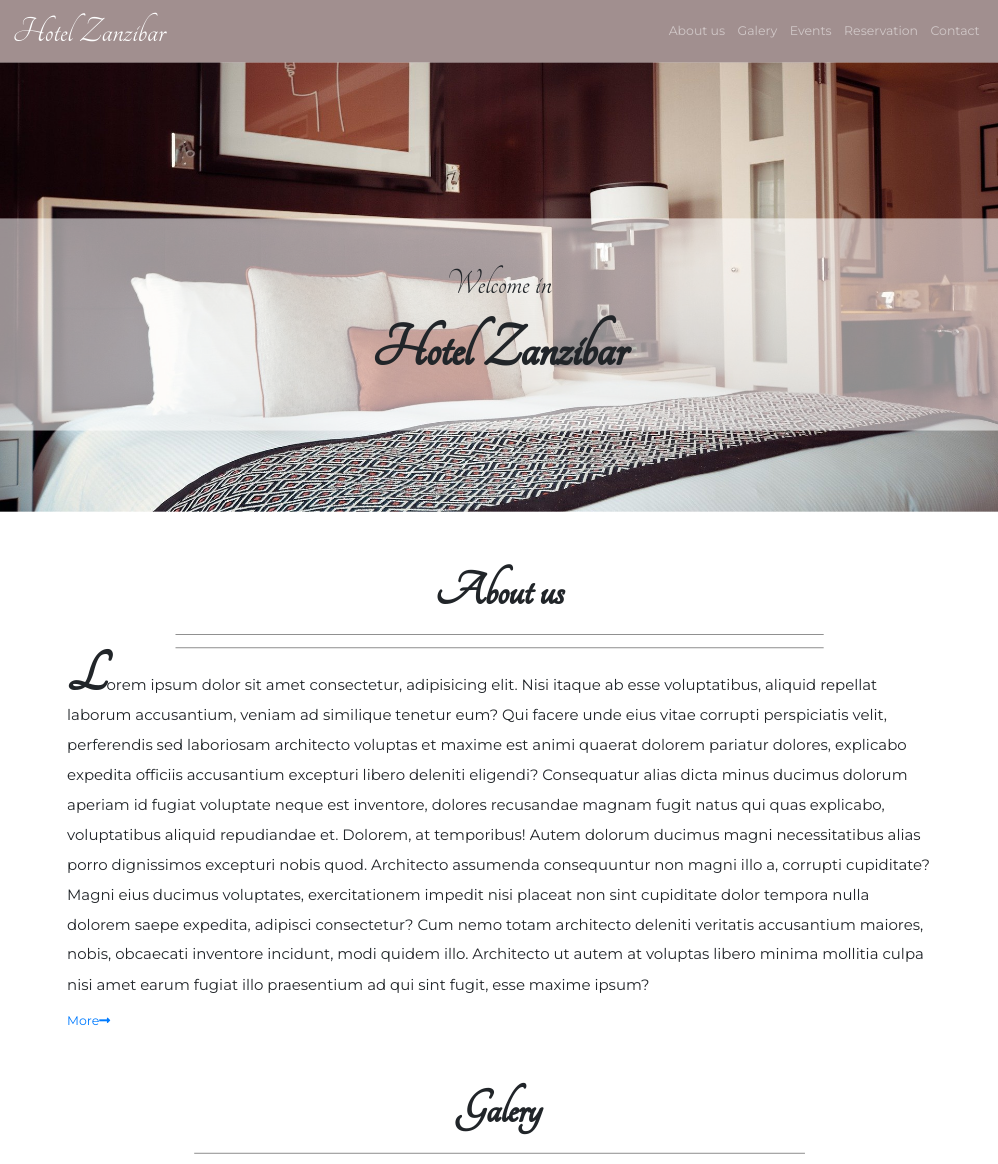
Repository: Ulaa93/Hotel-Zanzibar
Page: index.html
The author's editor kept a copy of each file at every save. The page is drawn from the files as they stood at one save, then again after the next save.
The browser window is 1280 px wide. The pictures show the part of the page from y = 0 to 1492 px (the page is 2924 px tall before and 2932 px after), at 78% of full size.
A picture or video elsewhere on the page could not be fetched, so the positions and the page height are approximate.

Above is the page before, as saved 2020-01-29 10:53:12.

### index.html
<!DOCTYPE html>
<html lang="en">
  <head>
    <meta charset="UTF-8" />
    <meta name="viewport" content="width=device-width, initial-scale=1.0" />
    <meta http-equiv="X-UA-Compatible" content="ie=edge" />
    <title>Hotel Zanzibar</title>
    <link rel="icon" href="./ikona.ico" />
    <link href="https://fonts.googleapis.com/css?family=Montserrat|Tangerine&display=swap" rel="stylesheet"/>
    <link href="./fontawesome-free-5.12.0-web/css/all.css" rel="stylesheet" />
    <link rel="stylesheet" href="https://stackpath.bootstrapcdn.com/bootstrap/4.4.1/css/bootstrap.min.css" integrity="sha384-Vkoo8x4CGsO3+Hhxv8T/Q5PaXtkKtu6ug5TOeNV6gBiFeWPGFN9MuhOf23Q9Ifjh" crossorigin="anonymous"/>
    <link rel="stylesheet" href="style.css"/>
    <script src="https://unpkg.com/scrollreveal"></script>
  </head>
  <body>
    <nav class="navbar sticky-top navbar-expand-lg navbar-dark">
      <a class="navbar-brand hotel-zanzibar" href="./index.html">Hotel Zanzibar</a>
      <button class="navbar-toggler" type="button" data-toggle="collapse" data-target="#navbarNavDropdown" aria-controls="navbarNavDropdown" aria-expanded="false" aria-label="Toggle navigation">
        <span class="navbar-toggler-icon"></span>
      </button>
      <div class="collapse navbar-collapse w-100 order-3 dual-collapse2" id="navbarNavDropdown">
        <ul class="navbar-nav ml-auto">
          <li class="nav-item ">
            <a class="nav-link" href="./about-us.html">About us </a>
          </li>
          <li class="nav-item">
            <a class="nav-link" href="./galery.html">Galery</a>
          </li>
          <li class="nav-item">
            <a class="nav-link" href="./events.html">Events</a>
          </li>
          <li class="nav-item">
            <a class="nav-link" href="./reservation.html">Reservation</a>
          </li>
          <li class="nav-item">
            <a class="nav-link" href="./contact.html">Contact</a>
          </li>
        </ul>
      </div>
    </nav>
    <section class="hotel-main">
      <div class="welcome">
        <span>Welcome in</span>
        <h1>Hotel Zanzibar</h1>
      </div>
    </section>
    <section class="hotel-about container p-3">
      <h2>About us</h2>
      <hr />
      <hr />
      <div></div>
      <p>
        Lorem ipsum dolor sit amet consectetur, adipisicing elit. Nisi itaque ab
        esse voluptatibus, aliquid repellat laborum accusantium, veniam ad
        similique tenetur eum? Qui facere unde eius vitae corrupti perspiciatis
        velit, perferendis sed laboriosam architecto voluptas et maxime est
        animi quaerat dolorem pariatur dolores, explicabo expedita officiis
        accusantium excepturi libero deleniti eligendi? Consequatur alias dicta
        minus ducimus dolorum aperiam id fugiat voluptate neque est inventore,
        dolores recusandae magnam fugit natus qui quas explicabo, voluptatibus
        aliquid repudiandae et. Dolorem, at temporibus! Autem dolorum ducimus
        magni necessitatibus alias porro dignissimos excepturi nobis quod.
        Architecto assumenda consequuntur non magni illo a, corrupti cupiditate?
        Magni eius ducimus voluptates, exercitationem impedit nisi placeat non
        sint cupiditate dolor tempora nulla dolorem saepe expedita, adipisci
        consectetur? Cum nemo totam architecto deleniti veritatis accusantium
        maiores, nobis, obcaecati inventore incidunt, modi quidem illo.
        Architecto ut autem at voluptas libero minima mollitia culpa nisi amet
        earum fugiat illo praesentium ad qui sint fugit, esse maxime ipsum?
      </p>
      <div class="more">
        <a href="./about-us.html">More<i class="fas fa-long-arrow-alt-right"></i> </a>
       </div>
    </section>
    <section class="galery container p-5">
      <h2>Galery</h2>
      <hr />
      <hr />
      <div id="carouselExampleCaptions" class="carousel slide" data-ride="carousel">
        <ol class="carousel-indicators">
          <li data-target="#carouselExampleCaptions" data-slide-to="0" class="active"></li>
          <li data-target="#carouselExampleCaptions" data-slide-to="1"></li>
          <li data-target="#carouselExampleCaptions" data-slide-to="2"></li>
          <li data-target="#carouselExampleCaptions" data-slide-to="3"></li>
          <li data-target="#carouselExampleCaptions" data-slide-to="4"></li>
          <li data-target="#carouselExampleCaptions" data-slide-to="5"></li>
        </ol>
        <div class="carousel-inner">
          <div class="carousel-item active">
            <img src="./img/rooms/hotelroom-2205447_1280.jpg" class="d-block w-100"/>
          </div>
          <div class="carousel-item">
            <img src="./img/rooms/bedroom-1285156_1280.jpg" class="d-block w-100"/>
          </div>
          <div class="carousel-item">
            <img src="./img/rooms/hotel-1330841_1280.jpg" class="d-block w-100"/>
          </div>
          <div class="carousel-item">
            <img src="./img/rooms/hotel-4416515_1920.jpg" class="d-block w-100"/>
          </div>
          <div class="carousel-item">
            <img src="./img/rooms/hotel-1749602_1280.jpg" class="d-block w-100"/>
          </div>
          <div class="carousel-item">
            <img src="./img/rooms/hotel-room-1447201_1920.jpg" class="d-block w-100"/>
          </div>
        </div>
        <a class="carousel-control-prev" href="#carouselExampleCaptions" role="button" data-slide="prev">
          <span class="carousel-control-prev-icon" aria-hidden="true"></span>
          <span class="sr-only">Previous</span>
        </a>
        <a class="carousel-control-next" href="#carouselExampleCaptions" role="button" data-slide="next">
          <span class="carousel-control-next-icon" aria-hidden="true"></span>
          <span class="sr-only">Next</span>
        </a>
      </div>
    </section>
    <section class="container p-3 contact">
      <h2>Contact</h2>
      <hr />
      <hr />
      <div class="row">
        <div class="col-sm-6">
          <div class="card">
            <div class="card-body">
              <div class="mapouter"><div class="gmap_canvas"><iframe width="500" height="300" id="gmap_canvas" src="https://maps.google.com/maps?q=Muzammil%20Centre%2C%20Malawi%20Rd%2C%20Zanzibar%2C%20Tanzania&t=&z=13&ie=UTF8&iwloc=&output=embed" frameborder="0" scrolling="no" marginheight="0" marginwidth="0"></iframe><a href="https://www.embedgooglemap.net">embedgooglemap.net</a></div><style>.mapouter{position:relative;text-align:right;height:300px;width:500px;}.gmap_canvas {overflow:hidden;background:none!important;height:300px;width:500px;}</style></div>           </div>
        </div>
        </div>
        <div class="col-sm-6 ">
          <div class="card ">
            <div class="card-body contact-info">
              <div class="card-body">
                <i class="fas fa-phone"></i>
                phone: <strong>012 345 678</strong>
              </div>
              <div class="card-body">
                <i class="fas fa-envelope"></i>
                mail: <strong>example@example.com</strong>
              </div>
              <div class="card-body">
                <i class="fas fa-map-marker-alt"></i>
                adress:<strong>Neyrere, Zanzibar</strong>
              </div>
            </div>
          </div>
        </div>
      </div>
    </section>
    <footer>
      <div>Copyright &copy; Urszula Kosior 2020</div>
    </footer>
    <script src="https://code.jquery.com/jquery-3.4.1.slim.min.js" integrity="sha384-J6qa4849blE2+poT4WnyKhv5vZF5SrPo0iEjwBvKU7imGFAV0wwj1yYfoRSJoZ+n" crossorigin="anonymous"></script>
    <script src="https://cdn.jsdelivr.net/npm/popper.js@1.16.0/dist/umd/popper.min.js" integrity="sha384-Q6E9RHvbIyZFJoft+2mJbHaEWldlvI9IOYy5n3zV9zzTtmI3UksdQRVvoxMfooAo" crossorigin="anonymous"></script>
    <script src="https://stackpath.bootstrapcdn.com/bootstrap/4.4.1/js/bootstrap.min.js" integrity="sha384-wfSDF2E50Y2D1uUdj0O3uMBJnjuUD4Ih7YwaYd1iqfktj0Uod8GCExl3Og8ifwB6" crossorigin="anonymous"></script>
    <script src="./script.js"></script>
  </body>
</html>

### style.css
* {
  padding: 0;
  margin: 0;
  font-family: 'Montserrat', sans-serif;
}
.navbar {
  height: 80px;
  background-color: rgba(124, 98, 98, 0.712);
}
.hotel-zanzibar {
  font-size: 3em;
  font-family: 'Tangerine', cursive;
}
.hotel-main {
  background-image: url(./img/rooms/hotel-room-1447201_1920.jpg);
  width: 100%;
  height: 80vh;
  background-size: cover;
  background-position: center;
  display: flex;
  flex-direction: column;
  padding: 200px 0;
  margin-bottom: 48px;
}
.welcome {
  background-color: rgba(255, 255, 255, 0.555);
  padding: 3em;
  text-align: center;
}
.welcome span {
  font-size: 3em;
  font-family: 'Tangerine', cursive;
}
.welcome h1 {
  font-size: 5em;
  font-family: 'Tangerine', cursive;
  font-weight: 600;
}
h2 {
  text-align: center;
  font-size: 4em;
  font-weight: 600;
  font-family: 'Tangerine', cursive;
}
section p {
  font-size: 1.2em;
  line-height: 2em;
}
section p::first-letter {
  font-size:4em;
  font-weight: 600;
  font-family: 'Tangerine', cursive;
}
hr {
margin:16px auto;
 width: 75%;
 background-color:gray;
}
.back i{
    font-size: 2em;
    margin: 0 0.2em;
    vertical-align: middle;
}
.back{
    font-size: 1.2em;
     vertical-align: middle;
position: absolute;
top:7em;
left:15em;
}
.back a{
    color: black;
    text-decoration: none;
}
footer{
 text-align: center;
 color: white;
  background-color: rgba(124, 98, 98, 0.712);
height: 80px;
line-height: 80px;
font-size: 1.2em;;
}
.contact .row{
  align-items: center;
}
.contact i{
  margin-right: 1em;
  animation: shake 1s;
  animation-iteration-count: infinite;
}
.contact-info{
  height: 340px;
  display: flex;
  flex-direction: column;
  justify-items: center;
  align-items: center;
}
.contact-info div{
  transition: 0.5s;
}
.contact-info div:hover{
transform: scale(1.1);
}
@keyframes shake {
  0% { transform:  scale(1); }
  50% { transform:  scale(1.5); }
  100% { transform:  scale(1); }
}
h3{text-align: center;}

### script.js

const nodeArray = [
    document.querySelector('.hotel-main'),
    document.querySelector('.hotel-about'),
    document.querySelector('.galery'),
    document.querySelector('.contact')
];

ScrollReveal().reveal(nodeArray, {
  delay: 275,
  duration: 1000,
  rotate: { x: 10, y: 50, z: 0 },
  reset: true
});

Loaded but not shown: fontawesome-free-5.12.0-web/css/all.css (library)

After the next save:
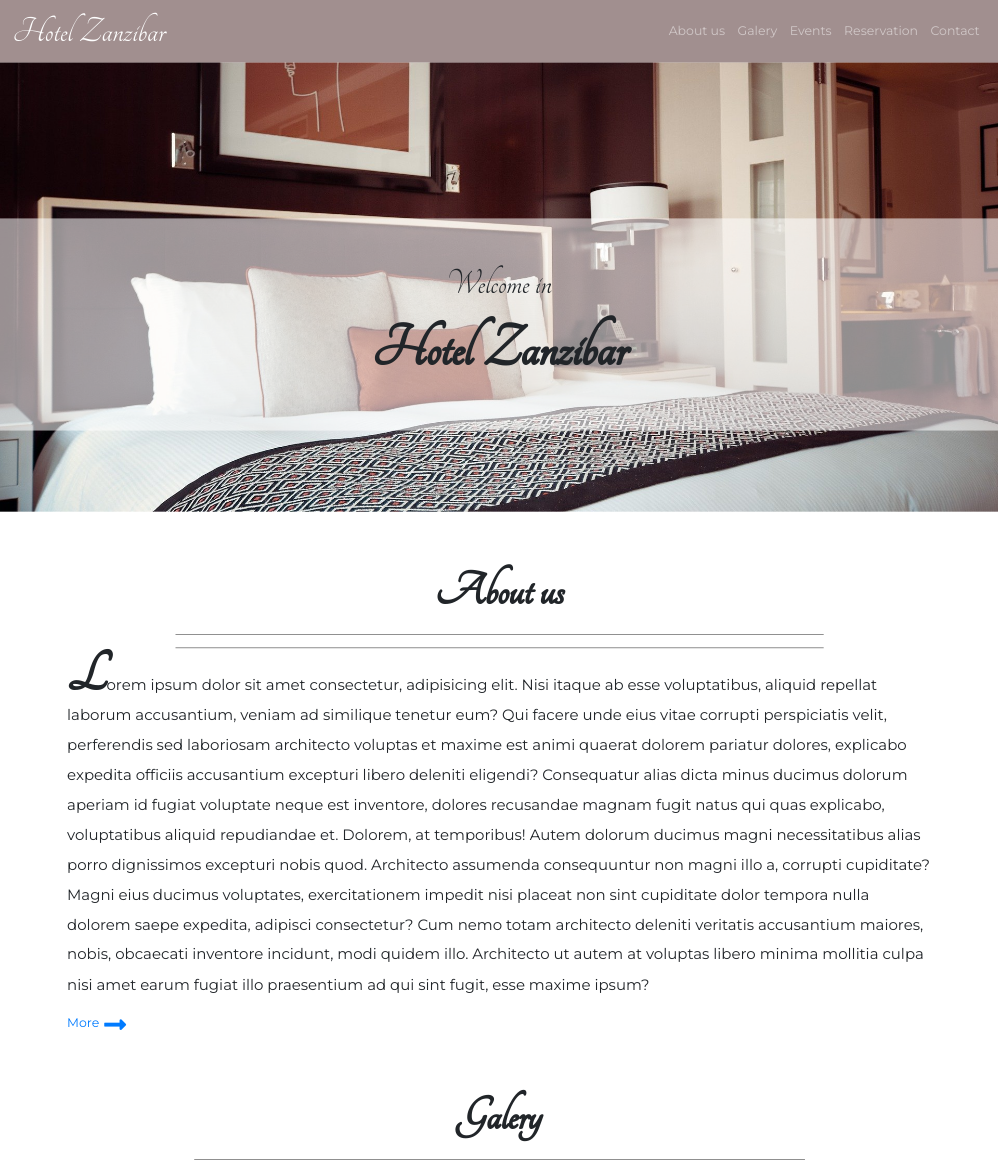
Saved 26 s later.
--- a/style.css
+++ b/style.css
@@ -56,7 +56,7 @@ margin:16px auto;
  width: 75%;
  background-color:gray;
 }
-.back i{
+.back i, .more i{
     font-size: 2em;
     margin: 0 0.2em;
     vertical-align: middle;
@@ -75,7 +75,7 @@ left:15em;
 footer{
  text-align: center;
  color: white;
-  background-color: rgba(124, 98, 98, 0.712);
+ background-color: rgba(124, 98, 98, 0.712);
 height: 80px;
 line-height: 80px;
 font-size: 1.2em;;
